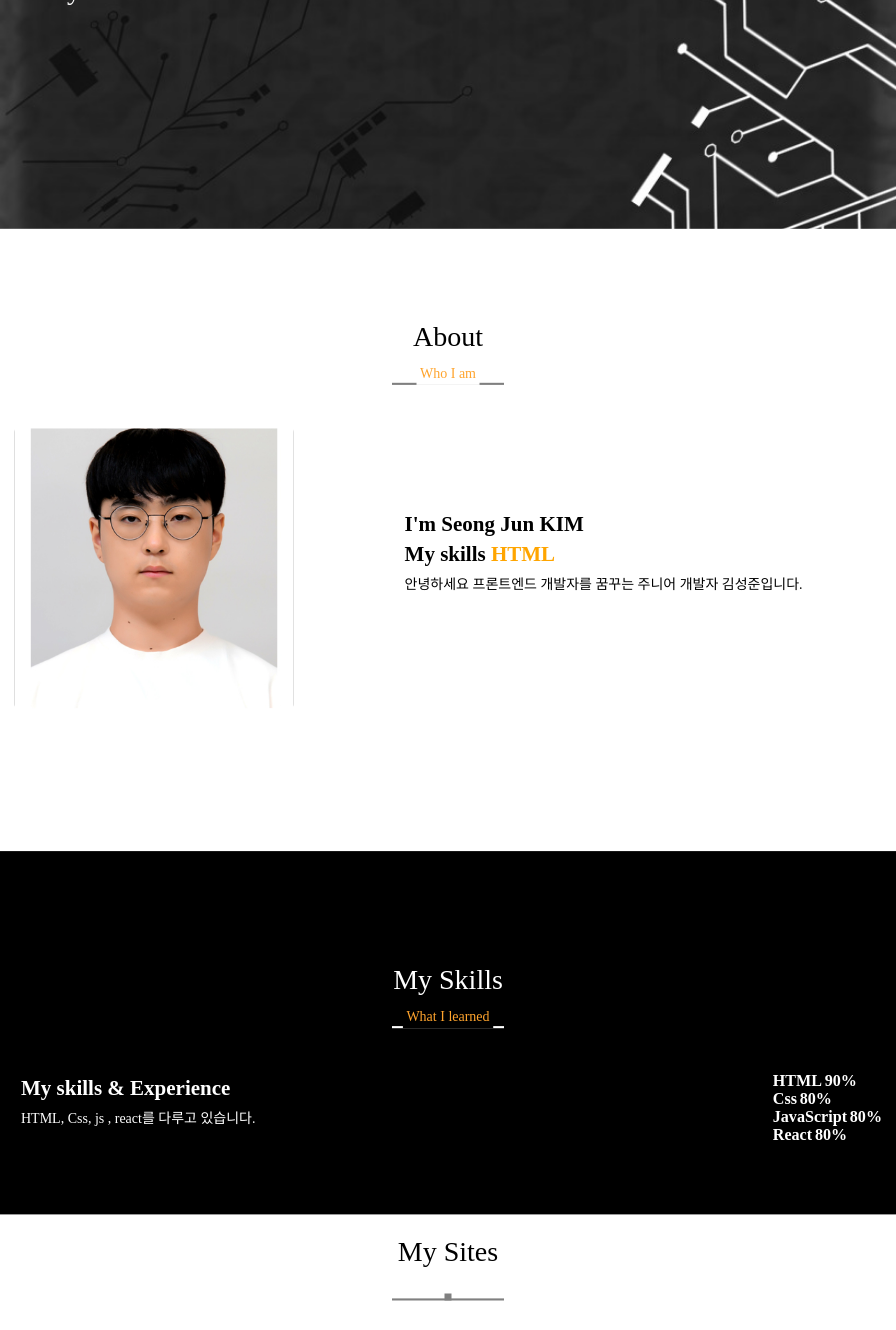
Repository: jun01270/jun
Page: index.html
The author's editor kept a copy of each file at every save. The page is drawn from the files as they stood at one save, then again after the next save.
The browser window is 1280 px wide. The pictures show the part of the page from y = 467 to 2367 px (the page is 3380 px tall before and 3480 px after), at 70% of full size.
A picture or video elsewhere on the page could not be fetched, so the positions and the page height are approximate. Some web libraries are served in a nearby version.

Above is the page before, as saved 2023-05-10 15:46:32.

After the next save:
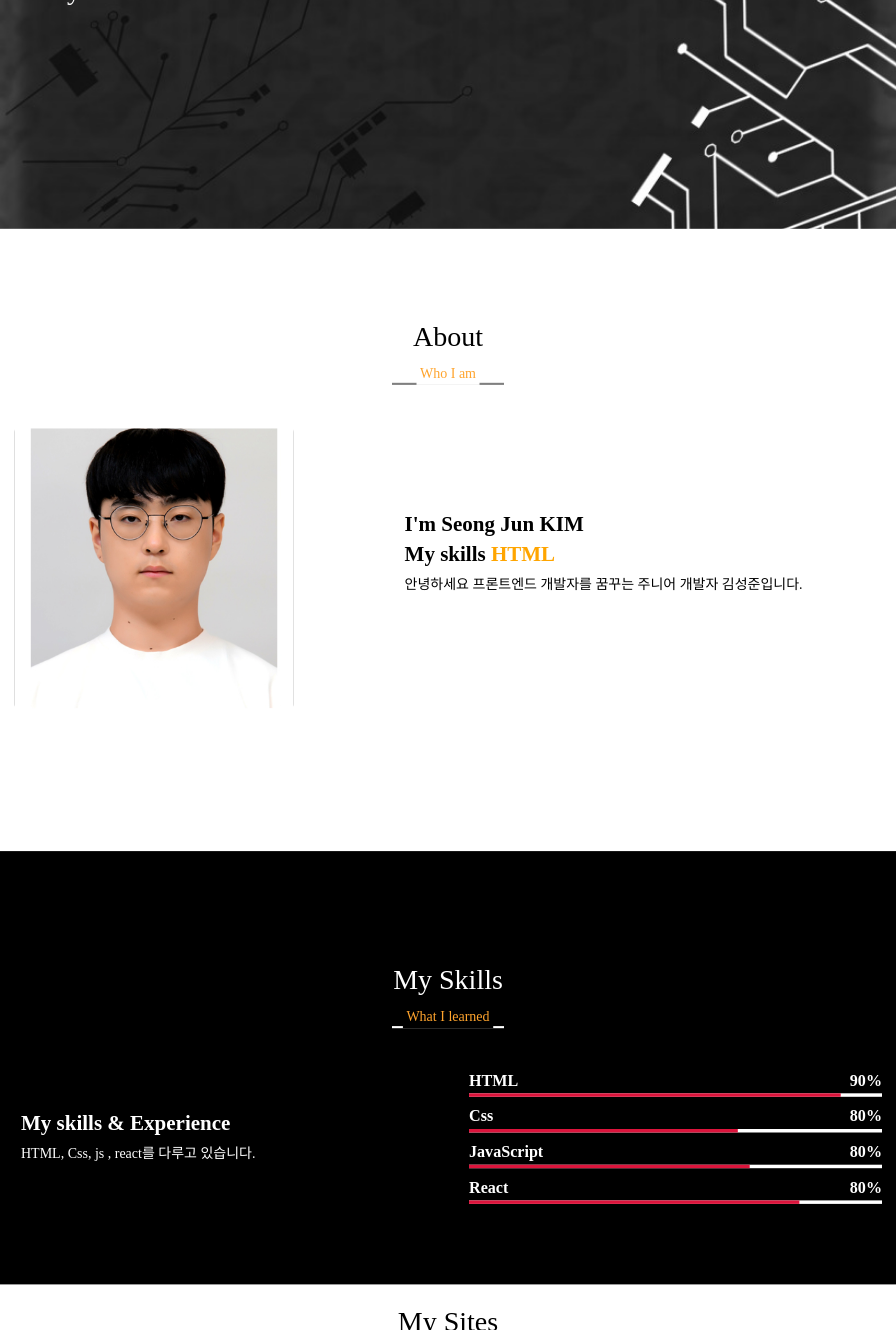
Saved 3 min 24 s later.
--- a/index.html
+++ b/index.html
@@ -73,7 +73,7 @@
               <p>HTML, Css, js , react를 다루고 있습니다.</p>
             </div>
           </div>
-          <div class="rigth-column">
+          <div class="right-column">
             <div class="bars">
               <div class="bars-content">
                 <span>HTML</span>
